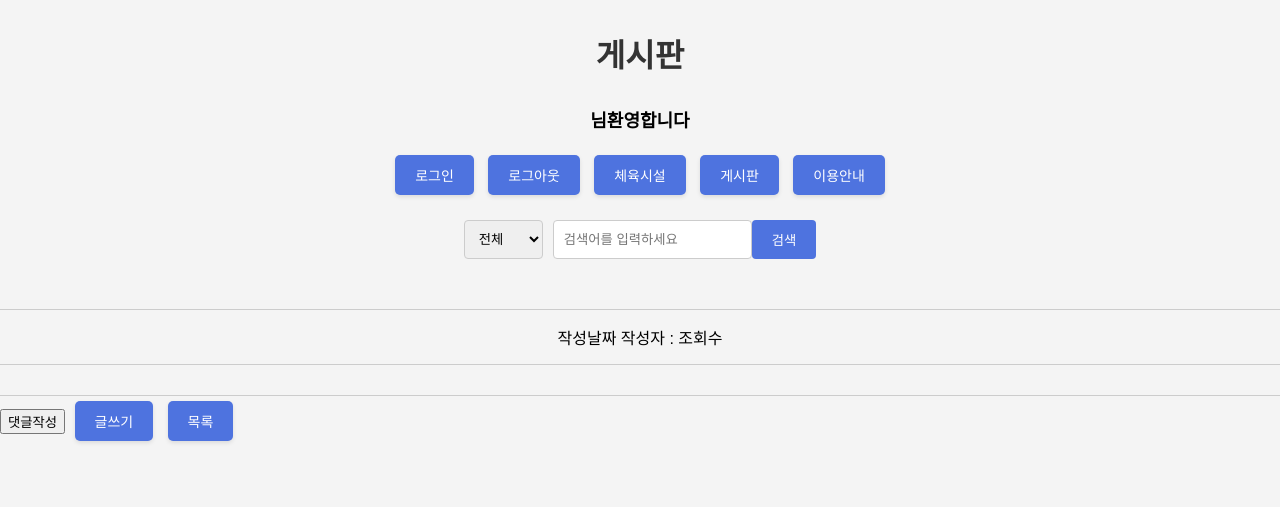
Repository: shinyunseok/portfolio1
Page: http://localhost/portfolio/WEB-INF/board/getBoard.jsp
An editor plug-in stored every save of this project. The page is shown before and after the next save, followed by the edit.
The browser window is 1280 px wide. The pictures show the whole page.
The page is served by Tomcat 10. Nobody is signed in. Other server files are loaded and not shown. The template is opened directly, without the code that normally fills it, so the values that code supplies are empty.

Above is the page before, as saved 2023-05-30 05:50:38.

### portfolio/src/main/webapp/WEB-INF/board/getBoard.jsp
<%@ page language="java" contentType="text/html; charset=UTF-8"
	pageEncoding="UTF-8"%>
<%@ taglib prefix="c" uri="http://java.sun.com/jsp/jstl/core"%>
<!DOCTYPE html>
<html>
<head>
<meta charset="UTF-8">
<style>
/* 전체 페이지 스타일 */
body {
	font-family: Arial, sans-serif;
	background-color: #f4f4f4;
	margin: 0;
	padding: 0;
}

/* 컨테이너 스타일 */
.container {
	max-width: 800px;
	margin: 0 auto;
	padding: 20px;
}

/* 제목 스타일 */
h1 {
	text-align: center;
	margin: 30px 0;
	color: #333;
}

/* 내비게이션 스타일 */
.navigation {
	margin-bottom: 20px;
	text-align: center;
}

.navigation h3 {
	margin-top: 0;
	font-size: 18px;
}

.navigation a {
	display: inline-block;
	margin: 5px;
	padding: 10px 20px;
	text-decoration: none;
	color: #fff;
	background-color: #4e73df;
	border-radius: 5px;
	transition: background-color 0.3s;
	font-size: 14px;
	border: none;
	cursor: pointer;
	box-shadow: 0 2px 4px rgba(0, 0, 0, 0.1);
}

.navigation a:hover {
	background-color: #3756a4;
}

/* 검색창 스타일 */
.search-form {
	display: flex;
	justify-content: center;
	margin-bottom: 20px;
}

.search-form select, .search-form input[type="text"] {
	padding: 10px;
	border: 1px solid #ccc;
	border-radius: 4px;
}

.search-form select {
	margin-right: 10px;
}

.search-form button[type="submit"] {
	padding: 10px 20px;
	background-color: #4e73df;
	color: #fff;
	border: none;
	border-radius: 4px;
	cursor: pointer;
}

.search-form button[type="submit"]:hover {
	background-color: #3756a4;
}

/* 테이블 스타일 */
table {
	width: 100%;
	border-collapse: collapse;
}

thead {
	background-color: #4e73df;
	color: #fff;
}

th, td {
	padding: 15px;
	text-align: center;
	border-bottom: 1px solid #ccc;
}

th:first-child, td:first-child {
	width: 10%;
}

th:nth-child(2), td:nth-child(2) {
	width: 40%;
}

th:nth-child(3), td:nth-child(3) {
	width: 20%;
}

th:nth-child(4), td:nth-child(4) {
	width: 15%;
}

th:last-child, td:last-child {
	width: 15%;
}

tbody tr:nth-child(even) {
	background-color: #f4f4f4;
}

tbody tr:hover {
	background-color: #ebebeb;
}

/* selectEvent 스타일 */
.selectEvent {
	margin-bottom: 20px;
	text-align: center;
}

.selectEvent a {
	display: inline-block;
	margin: 5px;
	padding: 10px 20px;
	text-decoration: none;
	color: #333;
	border: 1px solid #ccc;
	border-radius: 5px;
	transition: background-color 0.3s;
	font-size: 14px;
	cursor: pointer;
}

.selectEvent a:hover {
	background-color: #f1f1f1;
}

/* selectBar 스타일 */
#selectBar {
	text-align: center;
	margin-bottom: 20px;
}

#selectBar select, #selectBar input[type="text"] {
	padding: 10px;
	border: 1px solid #ccc;
	border-radius: 4px;
}

#selectBar select {
	margin-right: 10px;
}

#selectBar button[type="submit"] {
	padding: 10px 20px;
	background-color: #4e73df;
	color: #fff;
	border: none;
	border-radius: 4px;
	cursor: pointer;
}

#selectBar button[type="submit"]:hover {
	background-color: #3756a4;
}

#selectBar button[type="button"] {
	padding: 10px 20px;
	background-color: #4e73df;
	color: #fff;
	border: none;
	border-radius: 4px;
	cursor: pointer;
}

#selectBar button[type="button"]:hover {
	background-color: #3756a4;
}

/* advancedSearchDiv 스타일 */
#advancedSearchDiv {
	display: none;
	text-align: center;
	margin-bottom: 20px;
	padding-top: 20px;
	border-top: 1px solid #ccc;
}

#advancedSearchDiv label {
	display: block;
	margin-bottom: 10px;
}

#advancedSearchDiv input[type="radio"] {
	margin-right: 5px;
}

/* write-button 스타일 */
.write-button {
	display: inline-block;
	margin: 5px;
	padding: 10px 20px;
	text-decoration: none;
	color: #fff;
	background-color: #4e73df;
	border: none;
	border-radius: 5px;
	transition: background-color 0.3s;
	font-size: 14px;
	cursor: pointer;
	box-shadow: 0 2px 4px rgba(0, 0, 0, 0.1);
}

.write-button:hover {
	background-color: #3756a4;
}
</style>

<title>게시판</title>
</head>
<body>
	<h1>게시판</h1>
	<div class="navigation">
		<h3>${user_name}님환영합니다</h3>
		<c:if test="${empty user_id}">
			<a href="login.do">로그인</a>
		</c:if>
		<a href="logout.do">로그아웃</a> <a href="getSportList.do">체육시설</a> <a
			href="getBoardList.do">게시판</a> <a href="#">이용안내</a>
	</div>

	<div id="selectBar">
		<form class="search-form" action="#" method="GET">
			<select name="search_type">
				<option value="all">전체</option>
				<option value="facility_name">시설명</option>
				<option value="location">지역</option>
			</select> <input type="text" name="search_query" placeholder="검색어를 입력하세요"
				required>
			<button type="submit">검색</button>
		</form>
	</div>


	<table class="boardTable">
		<tr>
			<th colspan="3">${board.title }</th>
		</tr>

		<tr>
			<td><label>작성날짜</label> ${board.regDate } <label>작성자</label> :
				${board.board_id } <label>조회수</label>${board.cnt }</td>
		</tr>
		<tr>
			<td colspan="3">${board.content }</td>
		</tr>
	</table>
	<button id="comment_open">댓글작성</button>
	<form action="" id="comment_form" style="display: none;">
		댓글작성 <a href="#">최신순</a> <br>
		<textarea rows="10" cols="100" placeholder="댓글을 입력하세요"
			name="comment_content"></textarea>
		<br> <input type="submit" value="등록">
	</form>

	<button class="write-button" onclick="location.href='insertBoard.do'">글쓰기</button>
	<button class="write-button" onclick="location.href='getBoardList.do'">목록</button>
	<script>
  const commentOpenButton = document.getElementById('comment_open');
  const commentForm = document.getElementById('comment_form');

  commentOpenButton.addEventListener('click', function() {
    commentForm.style.display = commentForm.style.display === 'none' ? 'block' : 'none';
  });
</script>

</body>
</html>

After the next save:
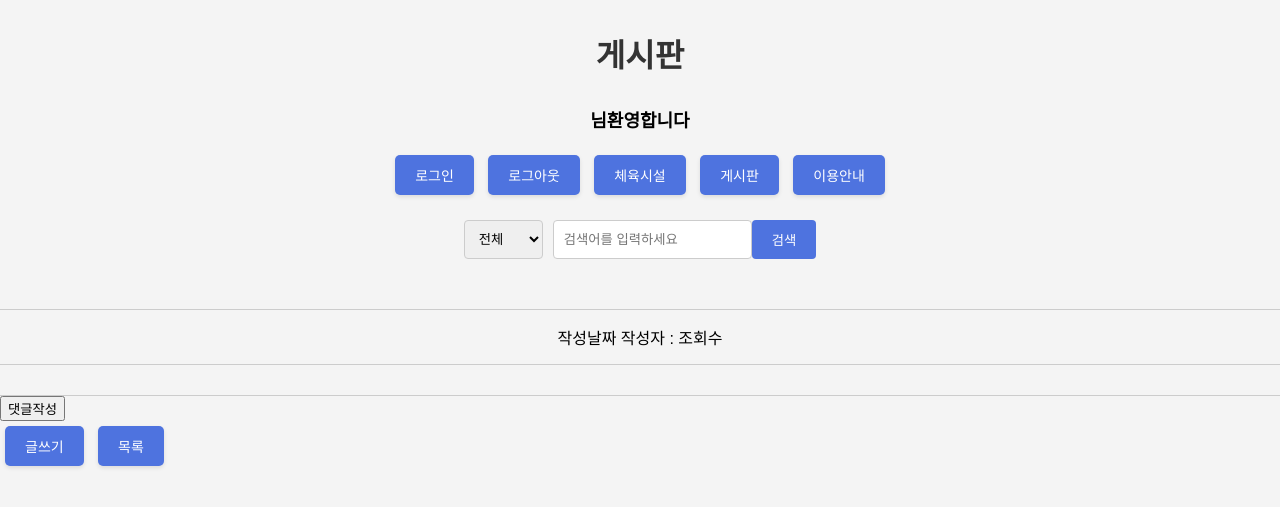
Saved 9 s later.
--- a/portfolio/src/main/webapp/WEB-INF/board/getBoard.jsp
+++ b/portfolio/src/main/webapp/WEB-INF/board/getBoard.jsp
@@ -276,7 +276,7 @@ tbody tr:hover {
 			<td colspan="3">${board.content }</td>
 		</tr>
 	</table>
-	<button id="comment_open">댓글작성</button>
+	<button id="comment_open">댓글작성</button> <br>
 	<form action="" id="comment_form" style="display: none;">
 		댓글작성 <a href="#">최신순</a> <br>
 		<textarea rows="10" cols="100" placeholder="댓글을 입력하세요"
